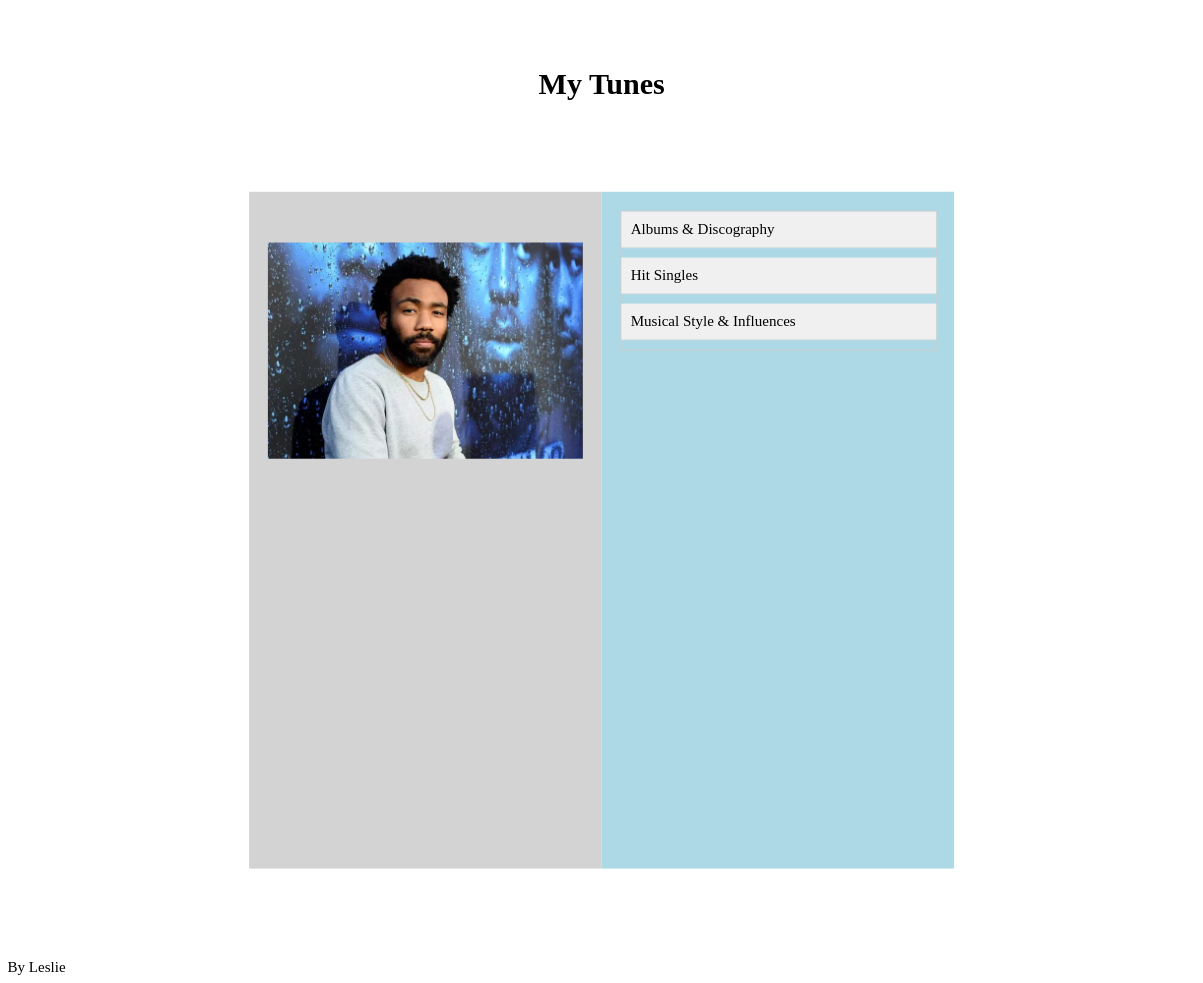
Repository: leslie179/labOne
Page: /
The author's editor kept a copy of each file at every save. The page is drawn from the files as they stood at one save, then again after a run of saves.
The browser window is 1280 px wide. The pictures show the whole page, at 94% of full size.
The project was rebuilt for these pictures with package versions that can differ from the ones it lists, and the page was loaded fresh each time. The framework's server and built-in components were replaced by stand-ins that run in the browser. Also part of the build but not shown: next.config.js, components/Footer/Footer.module.css.

Above is the page before, as saved 2024-09-15 22:08:34.

### pages/index.js
import Head from 'next/head'
import styles from '@/styles/Home.module.css'
import Footer from '@/components/Footer'
import Header from '@/components/Header'
import LeftComponent from '@/components/LeftComponent'
import RightComponent from '@/components/RightComponent'

export default function Home() {
  return (
    <>
      <Head>
        <title>Create Next App</title>
        <meta name="description" content="Generated by create next app" />
        <meta name="viewport" content="width=device-width, initial-scale=1" />
        <link rel="icon" href="/favicon.ico" />
      </Head>
      <Header/>
      <main className={`${styles.main}`}>
      <div className={styles.container}>
      <div className={styles.left}>
                <LeftComponent />
            </div>
            <div className={styles.right}>
                <RightComponent />
            </div>
            </div>
      </main>
      <Footer/>
    </>
  )
}

### styles/globals.css
:root {


}

a {
  color: inherit;
  text-decoration: none;
}

### styles/Home.module.css
.main {
  display: flex;
  flex-direction: column;
  justify-content: space-between;
  align-items: center;
  padding: 6rem;
  min-height: 20vh;
}

.container {
  display: flex;
  width: 70%;
  height: 100vh;

}

.left, .right {
  width: 50%;
  padding: 20px;
  box-sizing: border-box;
}

.left {
  background-color: lightgray;
}

.right {
  background-color: lightblue;
}

### components/Footer/index.js
import styles from "./Footer.module.css"

export default function Footer() {
    return(
        <footer className={styles.Footer}>
            By Leslie
        </footer>
    )
}

### components/Header/index.js
import styles from './Header.module.css';


export default function Header() {
    return (
        <header className={styles.header}>
            <h1>My Tunes</h1>
        </header>
    );
}

### components/LeftComponent/index.js
import styles from './LeftComponent.module.css';

export default function LeftComponent() {
    return (
        <div>
            <img src="childish_icon.jpg" alt="Childish Icon" className={styles.image} />
        </div>
    );
}

### components/RightComponent/index.js
import { useState } from 'react';
import styles from './RightComponent.module.css';

export default function RightComponent() {
    const [activeIndex, setActiveIndex] = useState(null);

    const toggleAccordion = (index) => {
        setActiveIndex(activeIndex === index ? null : index);
    };

    const categories = [
        { title: 'Albums & Discography', content: 'Childish Gambino’s albums like *Camp*, *Because the Internet*, *"Awaken, My Love!"*, and *3.15.20* show his evolution in music.' },
        { title: 'Hit Singles', content: 'Notable singles include "3005," "Redbone," and "This Is America," which won Grammys for its cultural impact.' },
        { title: 'Musical Style & Influences', content: 'Gambino blends hip hop, soul, funk, and rock, drawing influence from Prince, OutKast, and more.' }
    ];

    return (
        <div className={styles.accordion}>
            {categories.map((category, index) => (
                <div key={index} className={styles.item}>
                    <div className={styles.title} onClick={() => toggleAccordion(index)}>
                        {category.title}
                    </div>
                    <div className={`${styles.content} ${activeIndex === index ? styles.show : ''}`}>
                        <p>{category.content}</p>
                    </div>
                </div>
            ))}
        </div>
    );
}

### components/Header/Header.module.css
.header {
    text-align: center;
    padding-top: 5%;
  }

  .header h1 {
    margin: 0;
    padding: 0;
    font-size: 2rem; /* Adjust as needed */
  }

### components/LeftComponent/LeftComponent.module.css
.left {
    width: 50%;
    background-color: lightgray;
    padding: 20px;
    box-sizing: border-box;
    height: 100vh;
    float: left;
}

.image{
    width: 100%;
    padding-top: 10%;
}

### components/RightComponent/RightComponent.module.css
.right {
    width: 50%;
    background-color: lightblue;
    padding: 20px;

    box-sizing: border-box;
    height: 100vh;
    float: right;
}
.accordion {
    border: 1px solid #ccc;
    width: 100%;
}

.item {
    border-bottom: 1px solid #ddd;
    margin-bottom: 10px;
}

.title {
    cursor: pointer;
    padding: 10px;
    background-color: #f0f0f0;
}

.content {
    max-height: 0;
    overflow: hidden;
    transition: max-height 0.3s ease-out;
}

.show {
    max-height: 100px;
}

Loaded but not shown: pages/_app.js (common file); pages/_document.js (common file)

After the next 5 saves:
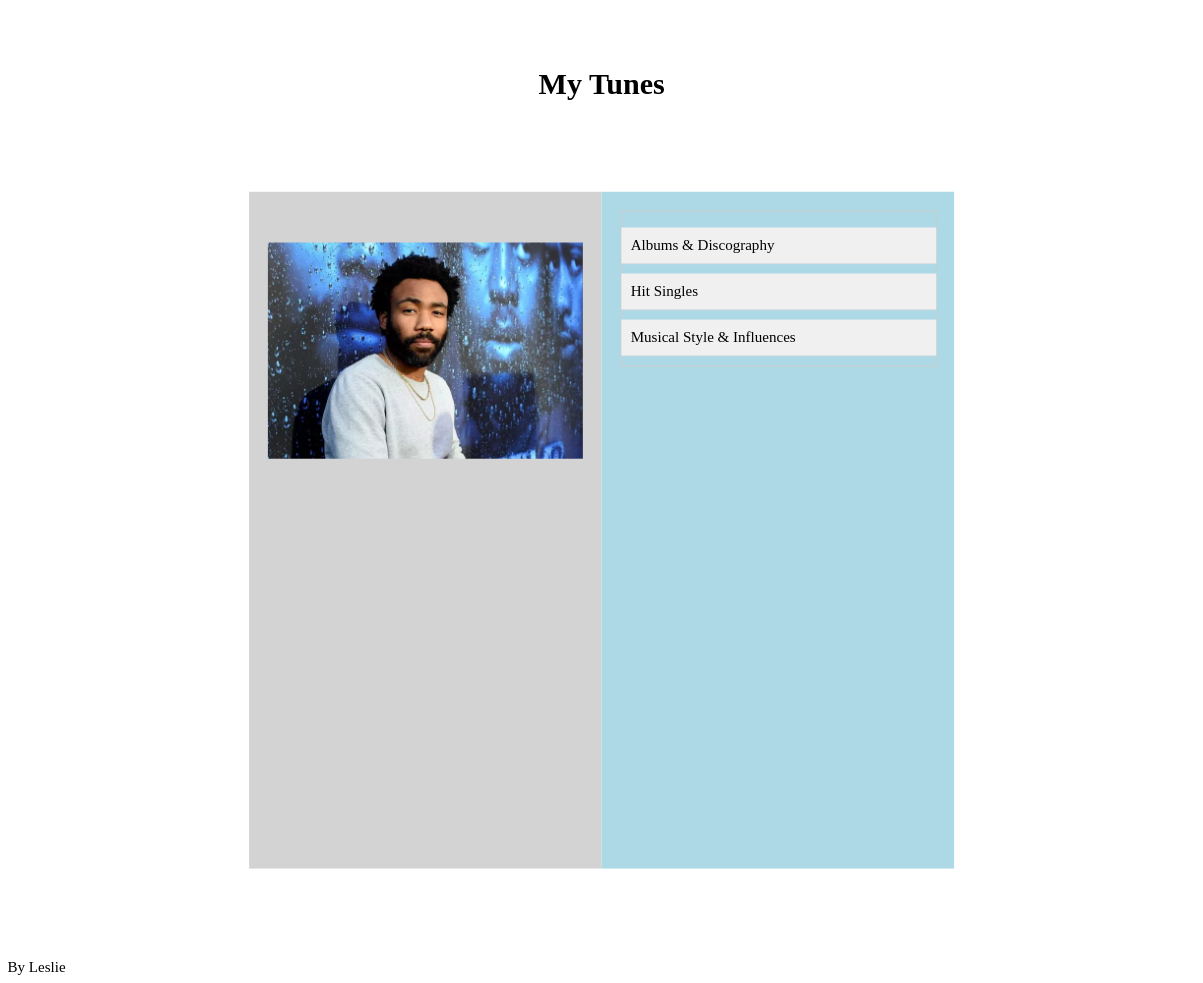
The 5 saves are shown as one change because they came seconds apart.
The last was saved 14 s later.
--- a/components/RightComponent/RightComponent.module.css
+++ b/components/RightComponent/RightComponent.module.css
@@ -10,6 +10,7 @@
 .accordion {
     border: 1px solid #ccc;
     width: 100%;
+    padding-top: 5%;
 }
 
 .item {
